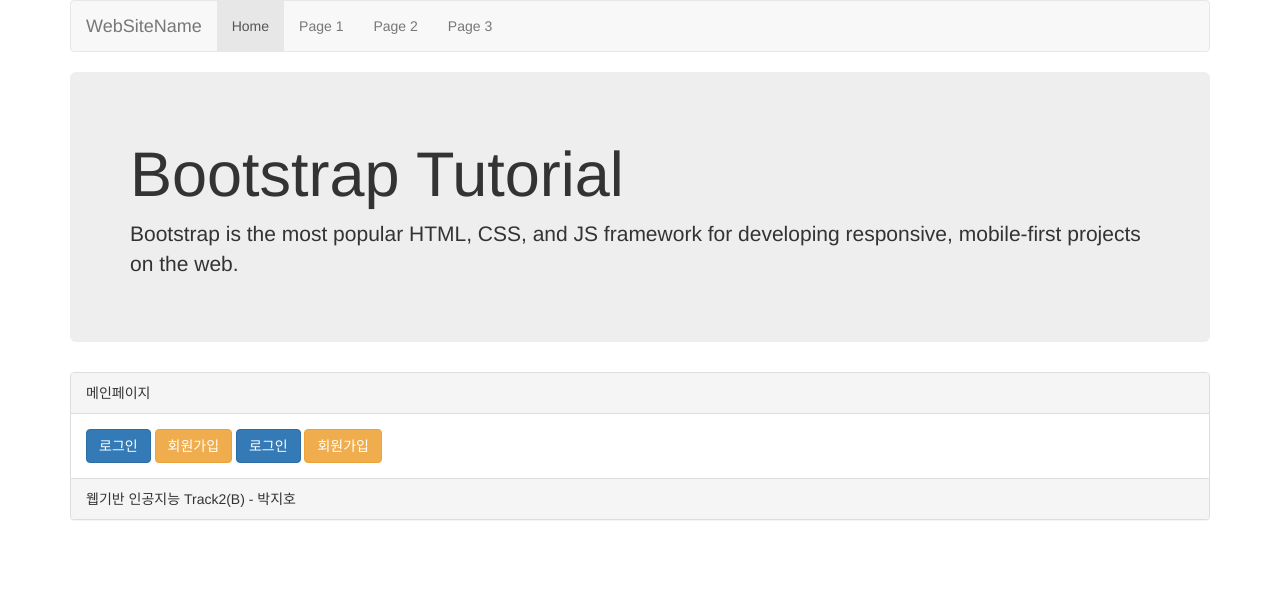
Repository: Jipumpkin/WebServer
Page: http://localhost/FrontCommandPattern/main.jsp
These files come from the project's save history. The page is drawn as it stood at one moment and after the next save; the edit follows.
The browser window is 1280 px wide. The pictures show the whole page.
The page is served by Tomcat 9.

Above is the page before, as saved 2024-08-21 01:15:22.

After the next save:
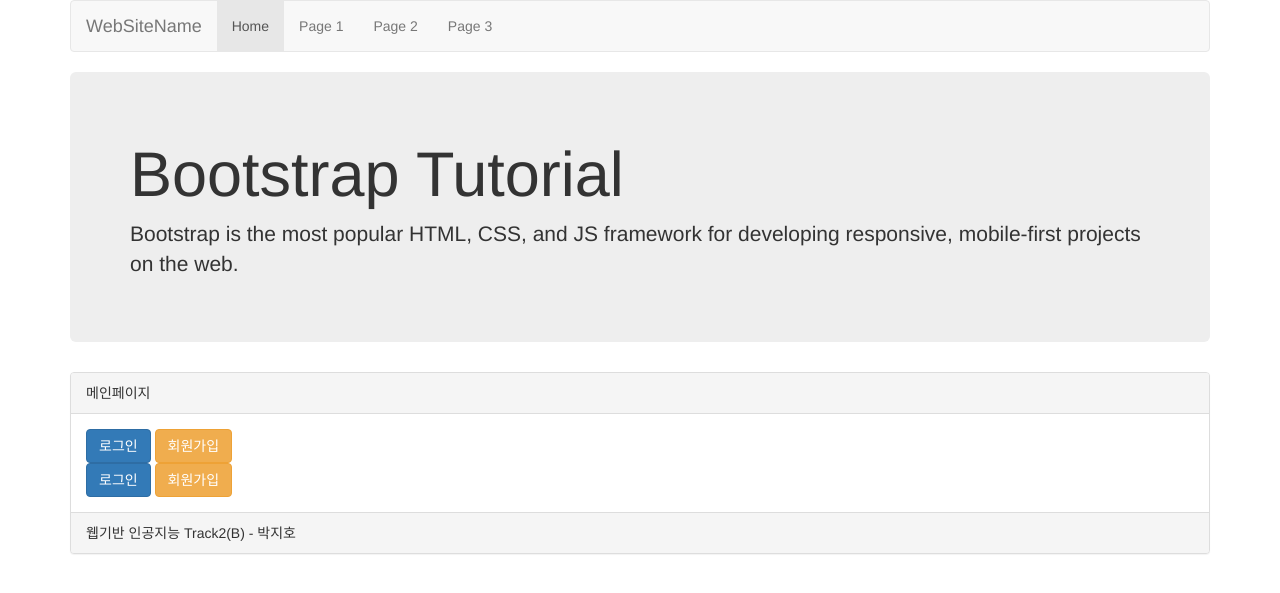
Saved 16 s later.
--- a/FrontCommandPattern/src/main/webapp/main.jsp
+++ b/FrontCommandPattern/src/main/webapp/main.jsp
@@ -57,7 +57,7 @@
 				</c:choose>
 
 
-
+		    	<br>
 
 		    	<c:if test="${empty info}">
 						<a href="login.jsp"><button class="btn btn-primary">로그인</button></a>
